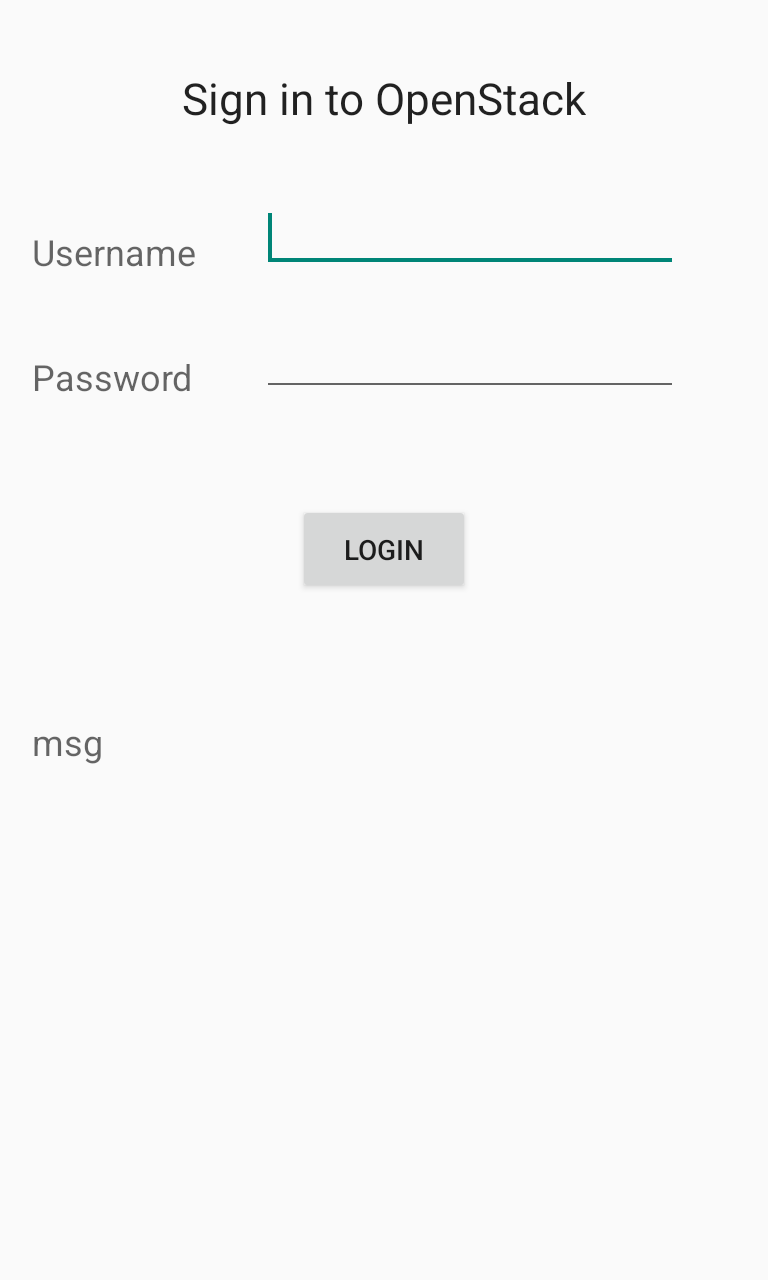
Repository: browndrf/cmpe283
Layout: myopenstack/res/layout/login_activity.xml
These files come from the project's save history. The layout is drawn as it stood at one moment and after the next save; the edit follows.
It is drawn on a 768 x 1280 px phone screen (xhdpi) without system bars, with theme AppTheme; the app's code is not run.

Above is the layout before, as saved 2014-09-13 17:02:29.

After the next save:
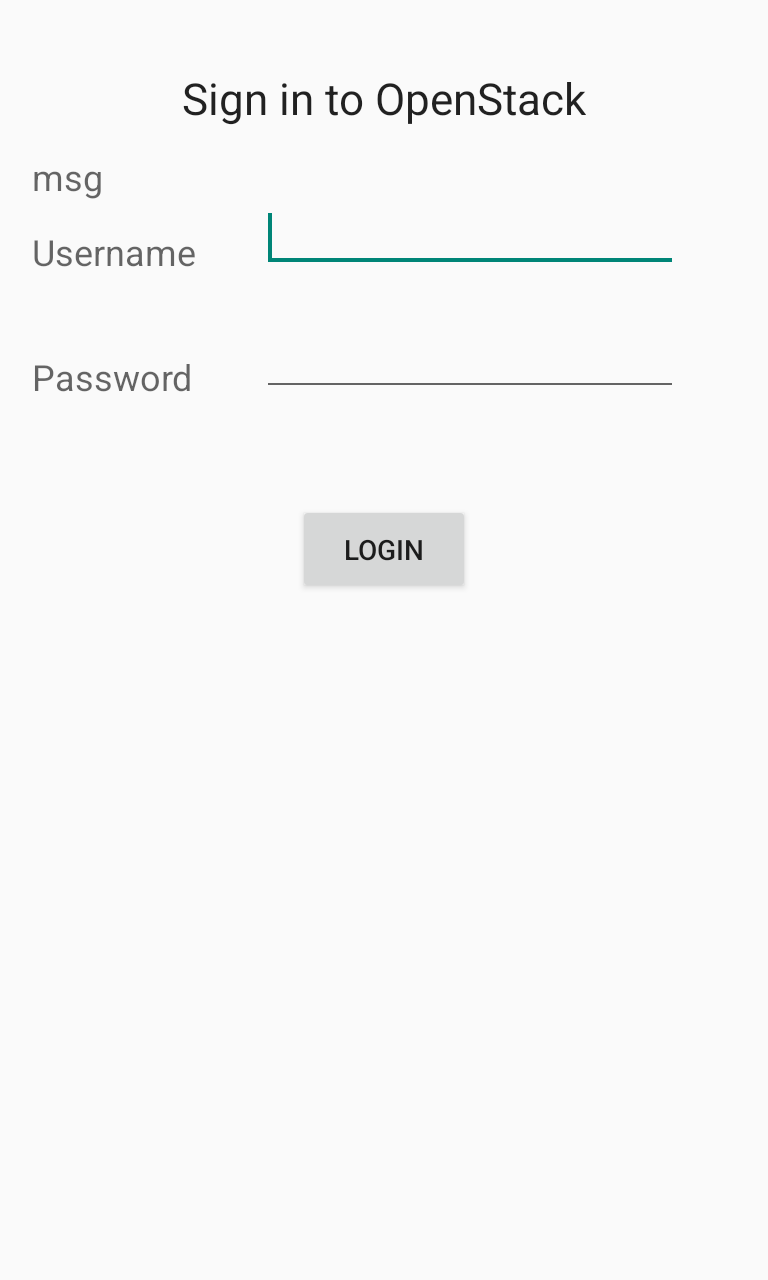
Saved 59 s later.
--- a/myopenstack/res/layout/login_activity.xml
+++ b/myopenstack/res/layout/login_activity.xml
@@ -73,7 +73,6 @@
       android:id="@+id/textViewErr"
       android:layout_width="wrap_content"
       android:layout_height="wrap_content"
-      android:layout_below="@+id/button1"
       android:layout_marginTop="60dp"
       android:text="msg"
       android:textAppearance="?android:attr/textAppearanceMedium" />
